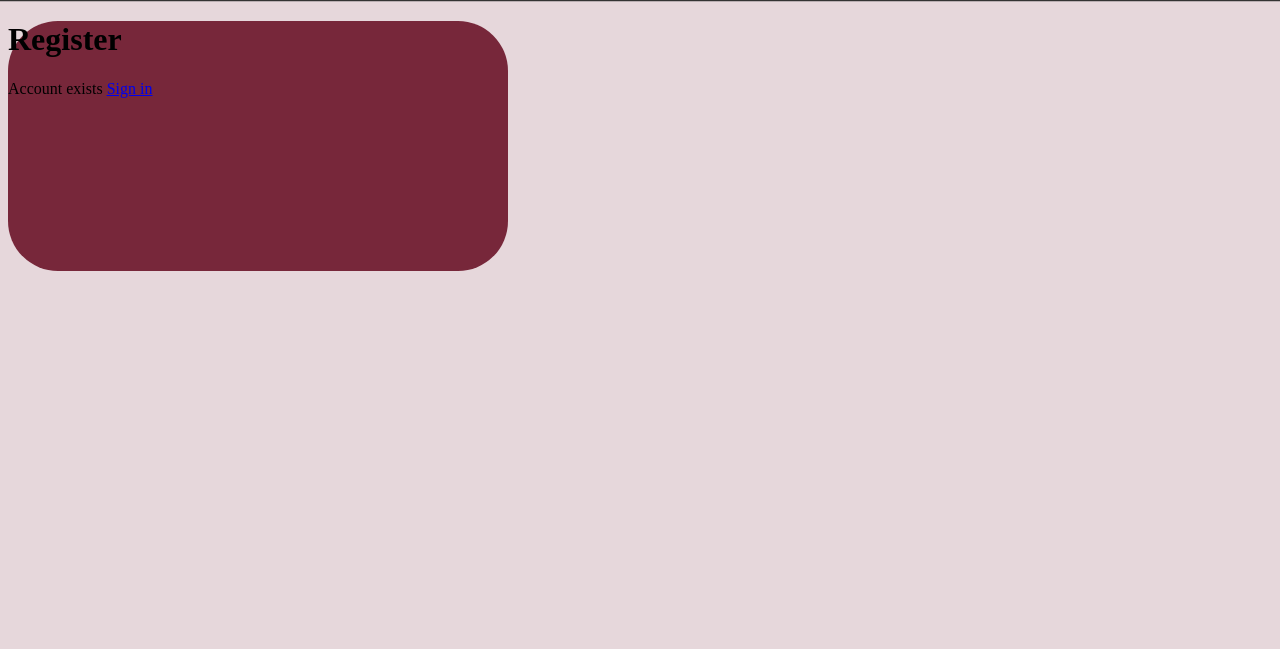
Repository: Kotya2001/FuzzyOps-App
Page: /register (app in frontend/my-app/)
These files come from the project's save history. The page is drawn as it stood at one moment and after the next save; the edit follows.
The browser window is 1280 px wide. The pictures show the whole page.
The project was rebuilt for these pictures with package versions that can differ from the ones it lists, and the page was loaded fresh each time. Also part of the build but not shown: frontend/my-app/src/pages/Item.js, frontend/my-app/src/pages/Base.js, frontend/my-app/src/pages/Login.js, frontend/my-app/src/pages/Resources.js.

Above is the page before, as saved 2022-09-18 17:30:19.

After the next save:
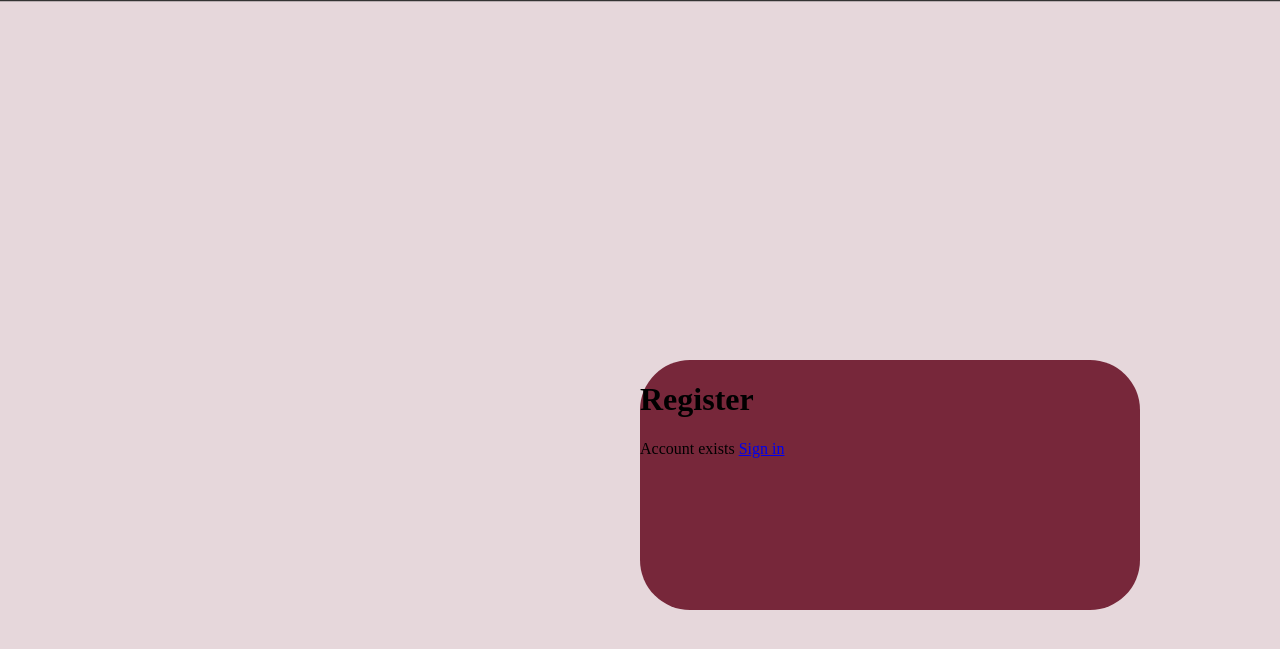
Saved 2 min 23 s later.
--- a/frontend/my-app/src/Styles.css
+++ b/frontend/my-app/src/Styles.css
@@ -102,7 +102,9 @@ body {
   width: 500px;
   height: 250px;
   border-radius: 50px;
-
+  position: absolute;
+  left: 50%;
+  top: 50%;
 }
 
 @font-face {
